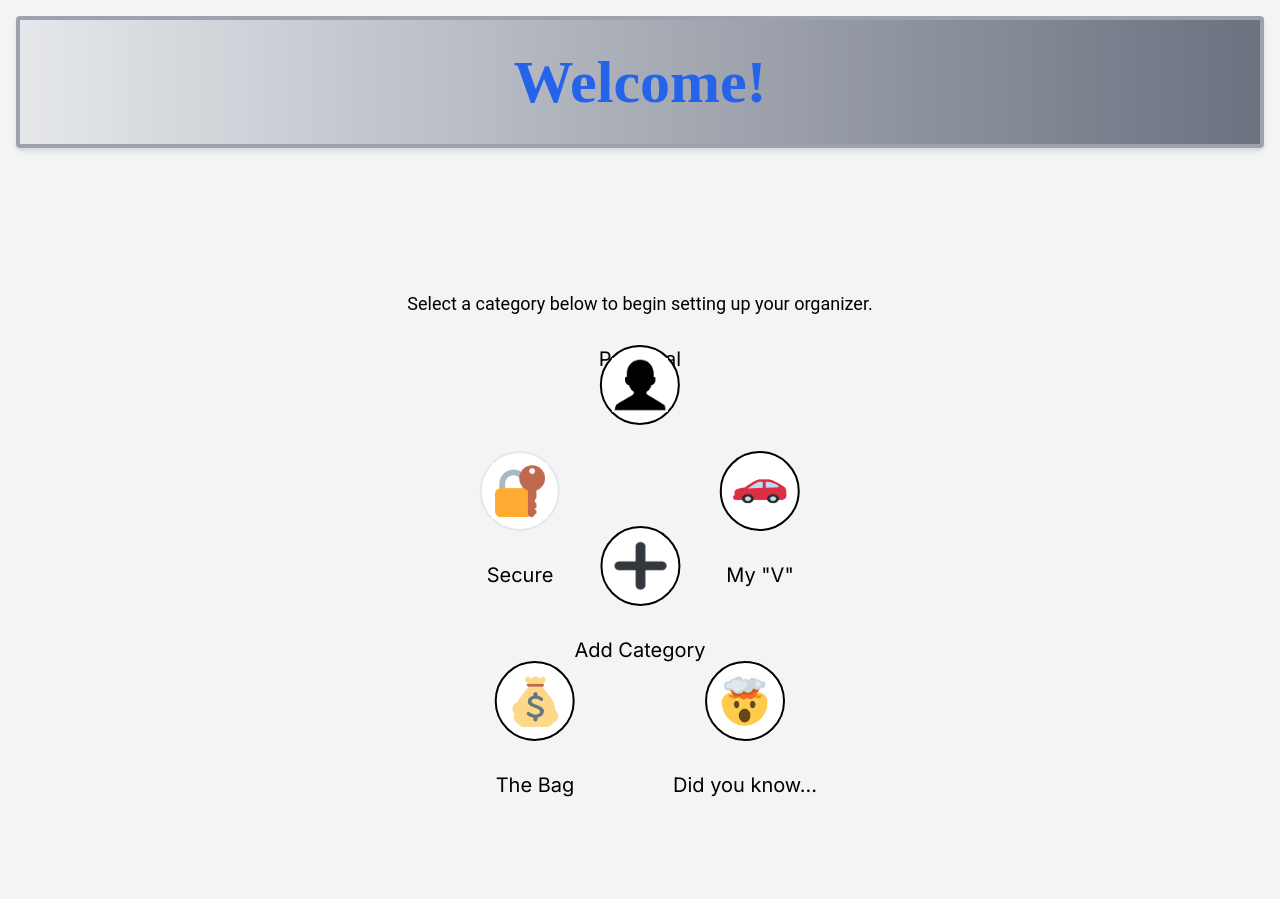
Repository: MercyB19/Russaw_Mercy_Adulting-101_Capstone
Page: page2.html
The author's editor kept a copy of each file at every save. The page is drawn from the files as they stood at one save, then again after the next save.
The browser window is 1280 px wide. The pictures show the whole page.
Some web fonts or font styles are not loaded; a fallback is used.

Above is the page before, as saved 2024-07-23 12:03:07.

### page2.html
<!DOCTYPE html>
<html lang="en">

<head>
  <meta charset="UTF-8">
  <meta name="viewport" content="width=device-width, initial-scale=1.0">
  <title>YAY Adulting</title>
  <link href="https://cdn.jsdelivr.net/npm/tailwindcss@2.2.19/dist/tailwind.min.css" rel="stylesheet">
  <link rel="stylesheet" href="https://fonts.googleapis.com/css2?family=Balsamiq+Sans:wght@400;700&display=swap">
  <link rel="stylesheet" href="https://fonts.googleapis.com/css2?family=Inter:wght@400;500;600&display=swap">
  <style>
    .pentagon-layout { /*creates a more rounded layout*/
      position: relative;
      width: 300px;
      height: 300px;
      margin: 0 auto;
    }

    .pentagon-layout div {
      position: absolute;
      text-align: center;
    }

    .personal {
      top: -35%;
      left: 50%;
      transform: translateX(-50%);
    }

    .secure {
      top: 40%;
      left: 10%;
      transform: translate(-50%, -50%);
    }

    .add-category {
      top: 65%;
      left: 50%;
      transform: translate(-50%, -50%);
    }

    .my-v {
      top: 40%;
      right: 10%;
      transform: translate(50%, -50%);
    }

    .the-bag {
      bottom: -10%;
      left: 15%;
      transform: translate(-50%, 50%);
    }

    .did-you-know {
      bottom: -10%;
      right: 15%;
      transform: translate(50%, 50%);
    }

    .icon-title {
      margin-top: 110px;
      margin-bottom: 100px; /* Adjust as necessary to position text below icons */
    }
  </style>
</head>

<body class="bg-gray-100 flex flex-col items-center justify-center min-h-screen">
  <div class="container mx-auto p-4 flex flex-col items-center">
    <header class="w-full p-8 bg-gradient-to-r from-gray-200 to-gray-500 border-4 border-gray-400 flex flex-col items-center rounded shadow-md mb-8">
      <h1 class="text-6xl font-bold text-blue-600" style="font-family: 'Balsamiq Sans', cursive;">Welcome!</h1>
    </header>
    <div class="text-center mb-8">
      <p class="icon-title text-lg" style="font-family: 'Roboto', sans-serif;">Select a category below to begin setting up your organizer.</p>
    </div>
    <div class="pentagon-layout">
      <div class="personal flex flex-col items-center">
        <div class="w-20 h-20  flex justify-center items-center bg-white border-2 border-black rounded-full mb-2">
          <img src="Images/Person_personal_img.png" alt="Personal" class="w-14 h-13">
        </div>
        <p class="text-xl" style="font-family: 'Inter', sans-serif;">Personal</p>
      </div>
      <div class="secure flex flex-col items-center">
        <div class="w-20 h-20 flex justify-center items-center bg-white border-2 border0blac0 rounded-full mb-2">
          <img src="Images/Secure_icon_img.png" alt="Secure" class="w-14 h-14">
        </div>
        <p class="icon-title text-xl" style="font-family: 'Inter', sans-serif;">Secure</p>
      </div>
      <div class="add-category flex flex-col items-center">
        <div class="w-20 h-20 flex justify-center items-center bg-white border-2 border-black rounded-full mb-2">
          <img src="Images/Add_new_img.png" alt="Add Category" class="w-14 h-13">
        </div>
        <p class="icon-title text-xl" style="font-family: 'Inter', sans-serif;">Add Category</p>
      </div>
      <div class="my-v flex flex-col items-center">
        <div class="w-20 h-20 flex justify-center items-center bg-white border-2 border-black rounded-full mb-2">
          <img src="Images/My_V_img.png" alt="My V" class="w-14 h-15">
        </div>
        <p class="icon-title text-xl" style="font-family: 'Inter', sans-serif;">My "V"</p>
      </div>
      <div class="the-bag flex flex-col items-center">
        <div class="w-20 h-20 flex justify-center items-center bg-white border-2 border-black rounded-full mb-2">
          <img src="Images/The_bag_icon_img.png" alt="The Bag" class="w-13 h-14">
        </div>
        <p class="icon-title text-xl" style="font-family: 'Inter', sans-serif;">The Bag</p>
      </div>
      <div class="did-you-know flex flex-col items-center">
        <div class="w-20 h-20 flex justify-center items-center bg-white border-2 border-black rounded-full mb-2">
          <img src="Images/did_you_know_icon.png" alt="Did you know" class="w-12 h-13">
        </div>
        <p class="icon-title text-xl" style="font-family: 'Inter', sans-serif;">Did you know...</p>
      </div>
    </div>
  </div>
</body>

</html>

After the next save:
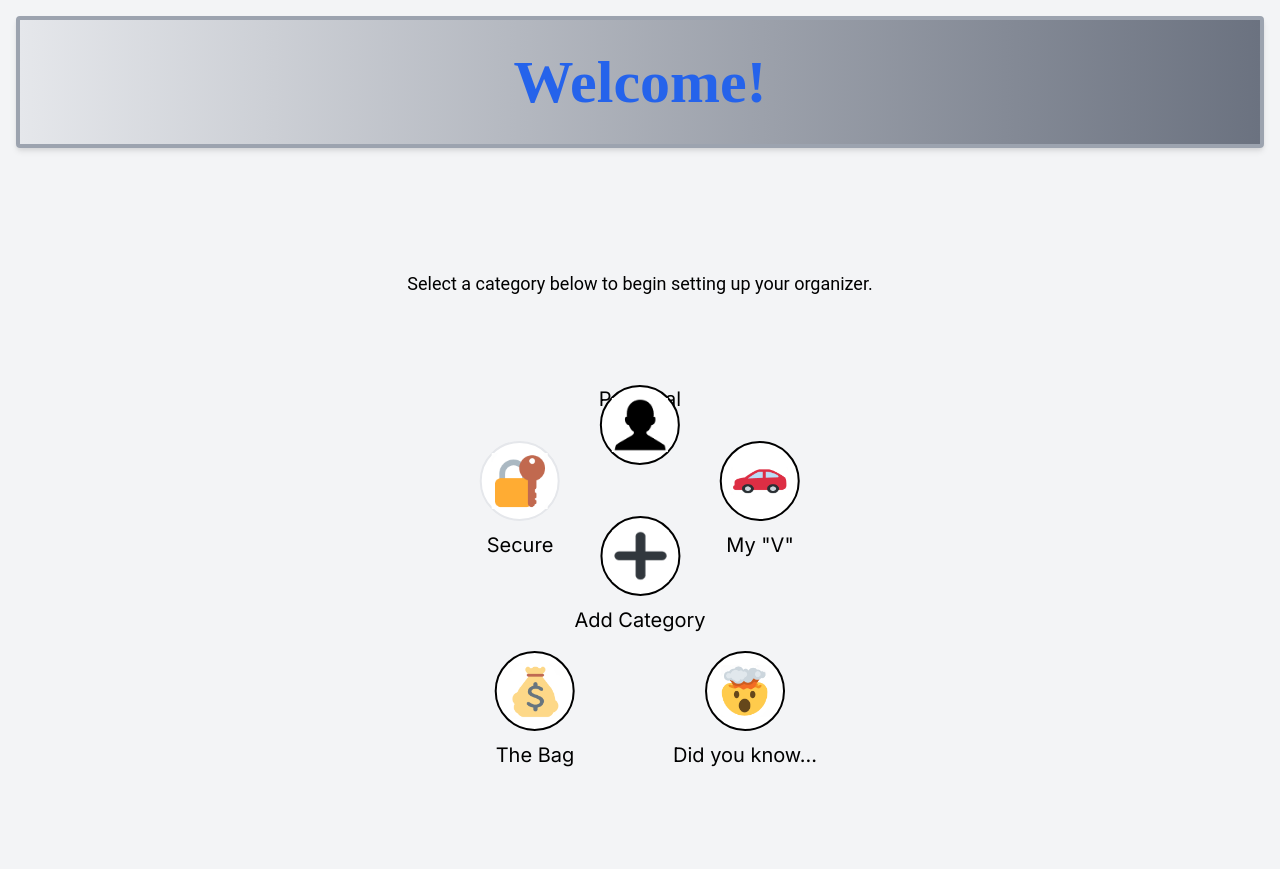
Saved 33 min 56 s later.
--- a/page2.html
+++ b/page2.html
@@ -22,7 +22,8 @@
     }
 
     .personal {
-      top: -35%;
+     top: -15%;
+      padding-bottom: 300px;
       left: 50%;
       transform: translateX(-50%);
     }
@@ -58,7 +59,7 @@
     }
 
     .icon-title {
-      margin-top: 110px;
+      margin-top: 90px;
       margin-bottom: 100px; /* Adjust as necessary to position text below icons */
     }
   </style>
